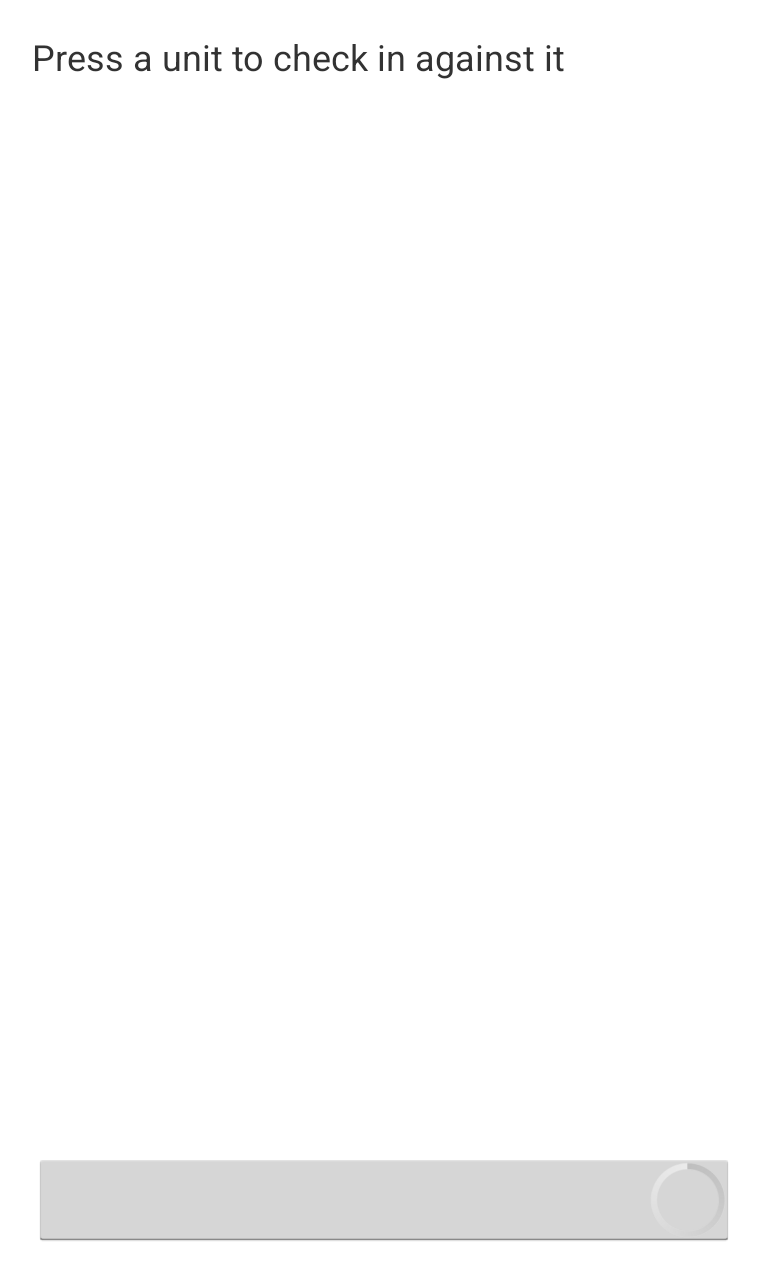
Repository: bleproj/ble-android
Layout: ble/res/layout/activity_manual_checkin.xml
The author's editor kept a copy of each file at every save. The layout is drawn from the files as they stood at one save, then again after the next save.
It is drawn on a 768 x 1280 px phone screen (xhdpi) without system bars, with theme AppTheme; the app's code is not run. Lists and similar views that code fills are empty.

Above is the layout before, as saved 2013-11-26 16:08:46.

After the next save:
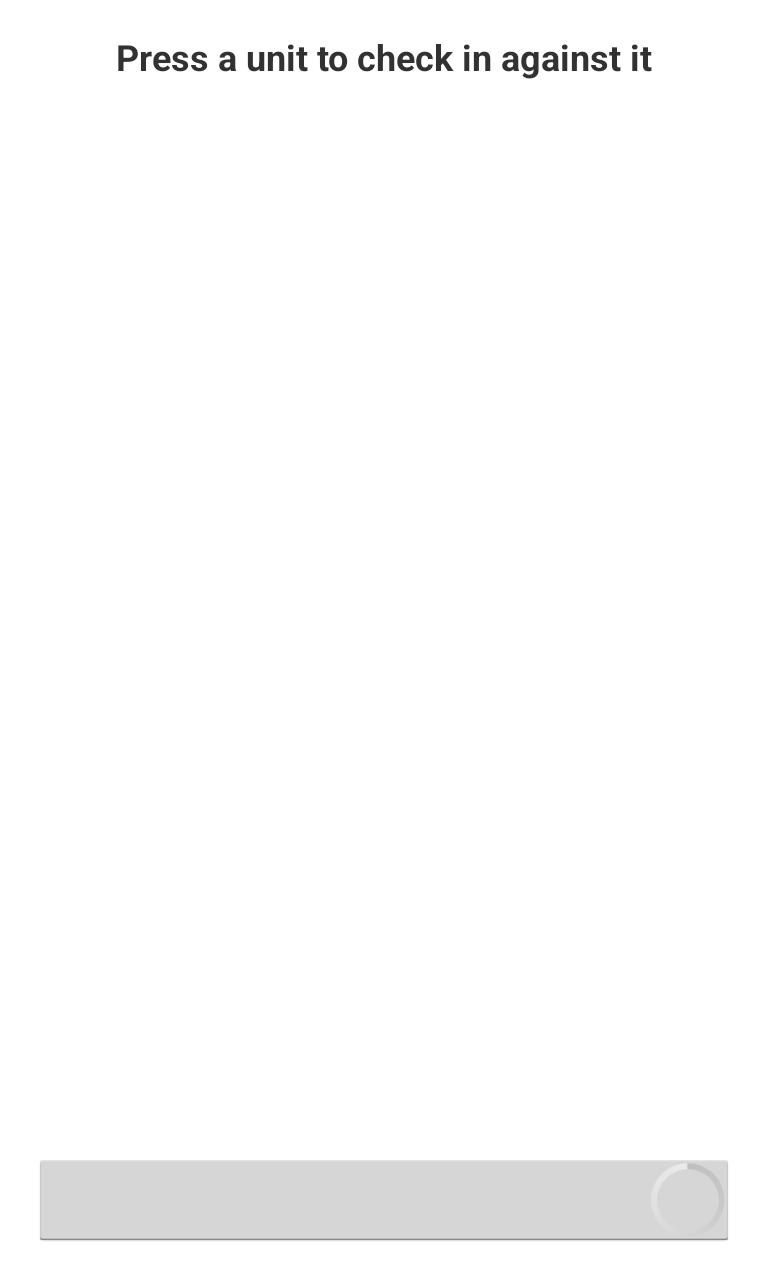
Saved 2 min 17 s later.
--- a/ble/res/layout/activity_manual_checkin.xml
+++ b/ble/res/layout/activity_manual_checkin.xml
@@ -14,6 +14,8 @@
         android:layout_height="wrap_content"
         android:layout_alignLeft="@+id/listView1"
         android:textSize="18sp"
+        android:gravity="center_horizontal"
+        android:textStyle="bold"
         android:text="Press a unit to check in against it"
         android:layout_alignParentTop="true" />
 
